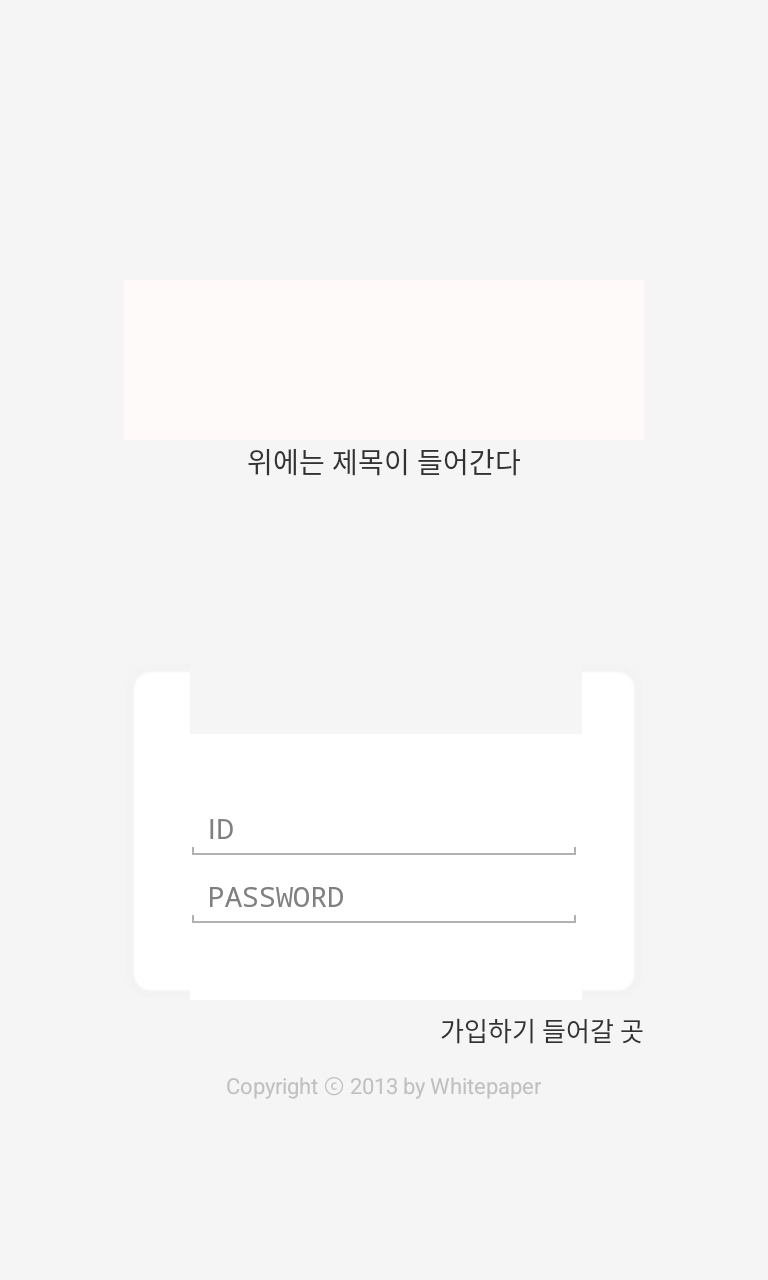
Repository: blacky512/smart_morning_call
Layout: client/SmartMorningCall/res/layout/activity_main.xml
The author's editor kept a copy of each file at every save. The layout is drawn from the files as they stood at one save, then again after the next save.
It is drawn on a 768 x 1280 px phone screen (xhdpi) without system bars, with theme AppTheme; the app's code is not run.

Above is the layout before, as saved 2013-02-14 16:14:36.

After the next save:
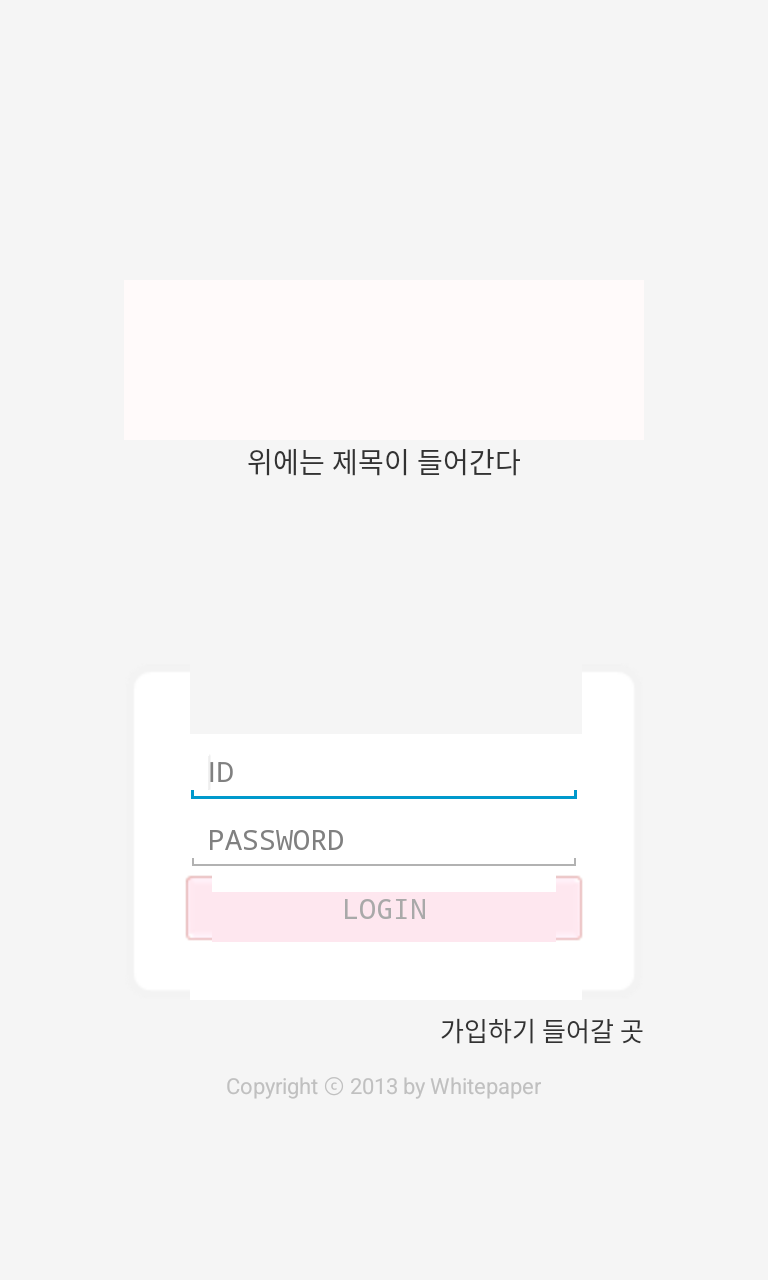
Saved 4 min 20 s later.
--- a/client/SmartMorningCall/res/layout/activity_main.xml
+++ b/client/SmartMorningCall/res/layout/activity_main.xml
@@ -51,25 +51,12 @@
                 android:layout_gravity="bottom"
                 android:layout_marginTop="90dp"
                 android:background="@drawable/te"
+                android:gravity="top"
                 android:orientation="vertical"
                 android:paddingBottom="15dp"
                 android:paddingLeft="30dp"
                 android:paddingRight="30dp"
                 android:paddingTop="15dp" >
-
-
-                <EditText
-                    android:id="@+id/etId"
-                    android:layout_width="match_parent"
-                    android:layout_height="wrap_content"
-                    android:layout_centerInParent="true"
-                    android:layout_marginTop="40dp"
-                    android:layout_weight="1"
-                    android:ems="10"
-                    android:hint="ID"
-                    android:includeFontPadding="false"
-                    android:textSize="14dp">
-                </EditText>
 
                 <EditText
                     android:id="@+id/etPw"
@@ -90,7 +77,6 @@
                     android:layout_width="match_parent"
                     android:layout_height="34dp"
                     android:layout_centerInParent="true"
-                    android:layout_marginTop="23dp"
                     android:background="@drawable/bn"
                     android:padding="0dp"
                     android:text="LOGIN"
@@ -100,7 +86,21 @@
                     android:typeface="monospace"
                     android:layout_below="@+id/etPw" />
 
+                <EditText
+                    android:id="@+id/etId"
+                    android:layout_width="match_parent"
+                    android:layout_height="wrap_content"
+                    android:layout_alignLeft="@+id/etPw"
+                    android:layout_alignParentTop="true"
+                    android:layout_marginTop="25dp"
+                    android:layout_weight="1"
+                    android:ems="10"
+                    android:hint="ID"
+                    android:includeFontPadding="false"
+                    android:textSize="14dp" >
 
+                    <requestFocus />
+                </EditText>
 
             </RelativeLayout>
 
